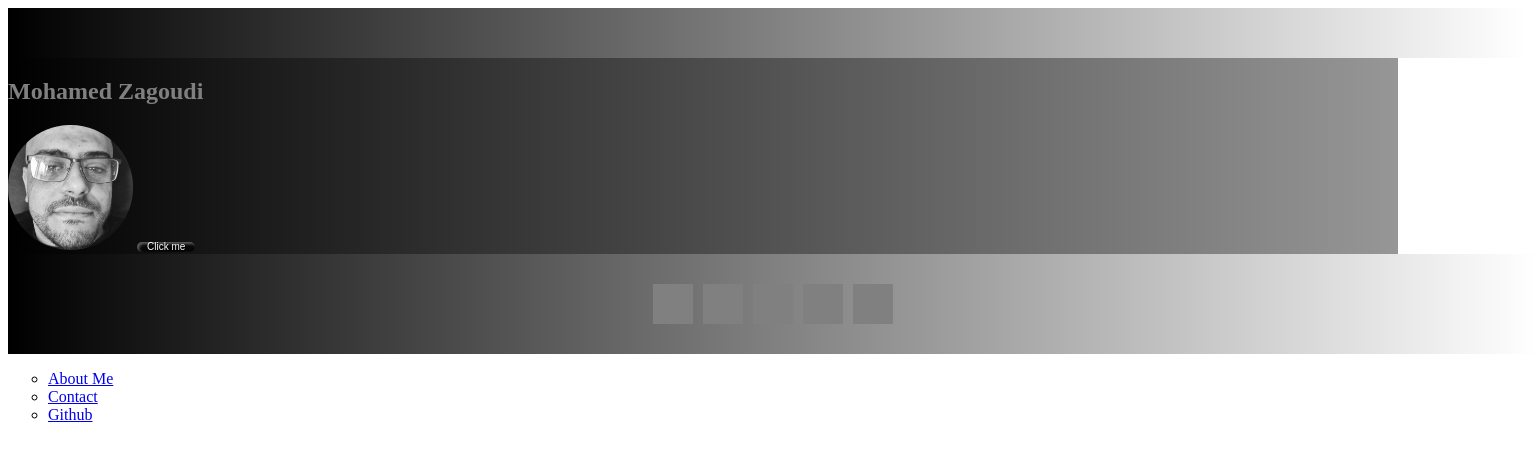
Repository: Mohzagou/Eersteportofolio
Page: index.html
These files come from the project's save history. The page is drawn as it stood at one moment and after the next save; the edit follows.
The browser window is 1280 px wide. The page is 1537 px wide, so the pictures cover 1537 px, including what lies to the right of the window. The pictures show the whole page.

Above is the page before, as saved 2022-06-07 23:46:09.

After the next save:
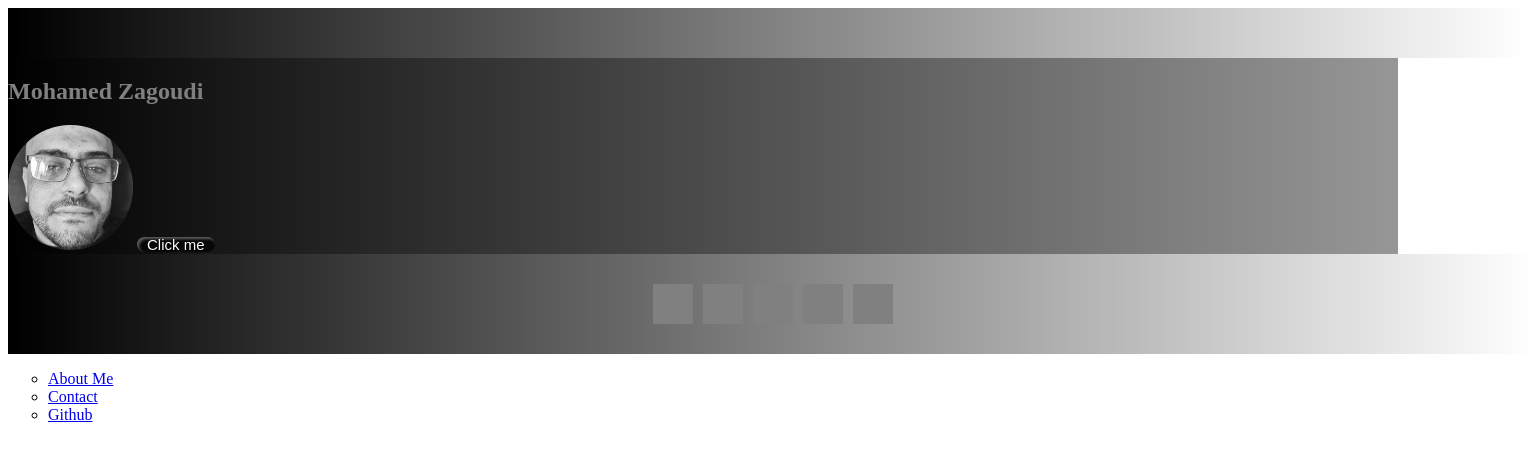
Saved 27 s later.
--- a/styles.css
+++ b/styles.css
@@ -50,8 +50,8 @@
                             button {
                                 border: 0;
                                 padding: 0 10px;
-                                font-size: 10px;
-                                line-height: 10px;
+                                font-size: 15px;
+                                line-height: 15px;
                                 color: rgb(255, 255, 255);
                                 text-shadow: 1px 1px 1px #000;
                                 background-color: rgb(7, 7, 7);
